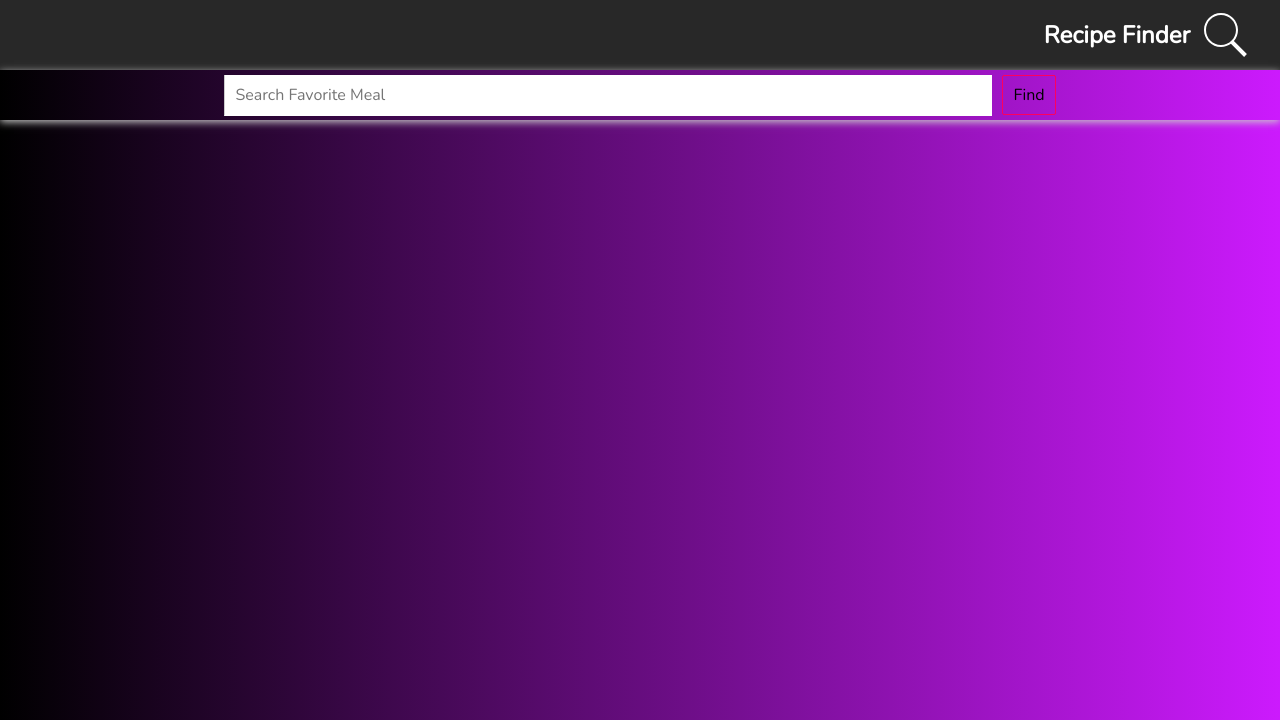
Repository: burntaftermint/recipes
Page: index.html
These files come from the project's save history. The page is drawn as it stood at one moment and after a run of saves; the edit follows.
The browser window is 1280 px wide. The pictures show the whole page.
The page's requests for data from a server got no answer.

Above is the page before, as saved 2023-11-07 03:34:43.

After the next 2 saves:
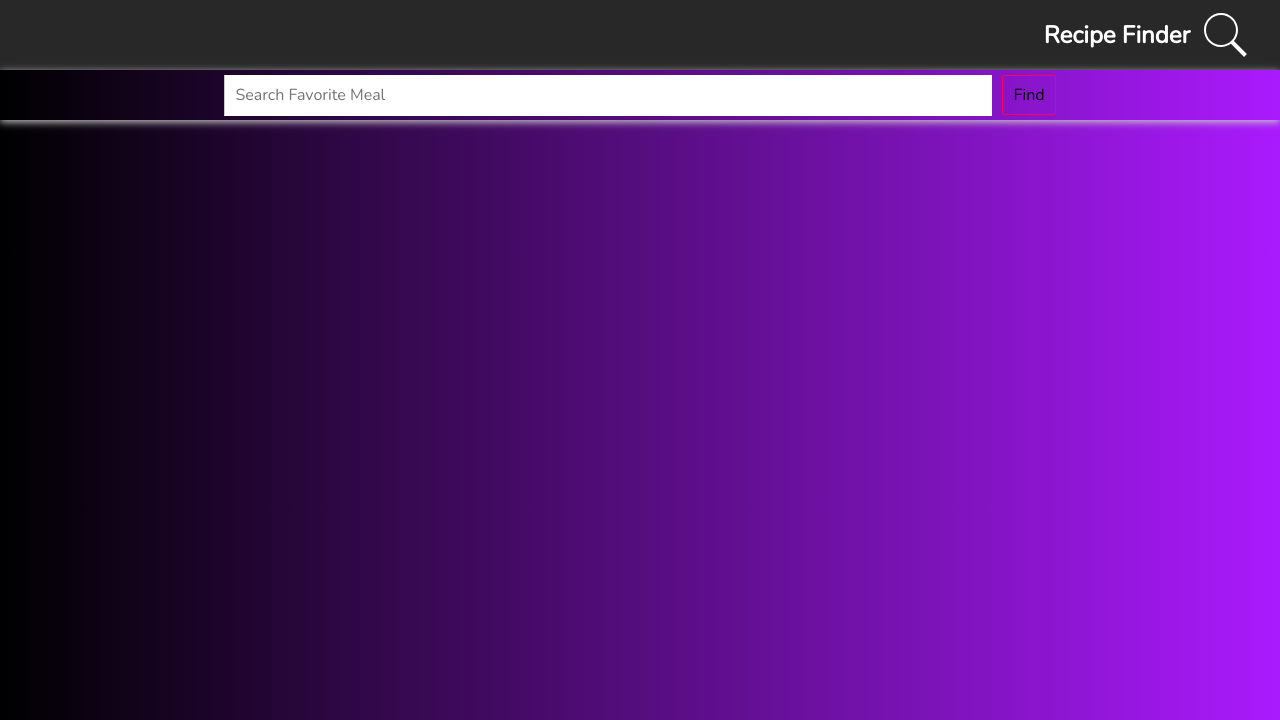
The 2 saves are shown as one change because they came seconds apart.
The last was saved 19 s later.
--- a/style.css
+++ b/style.css
@@ -16,7 +16,7 @@
 body {
     height: 100vh;
     width: 100vw;
-    background: linear-gradient(to right, #000000, #cc1afd);
+    background: linear-gradient(to right, #000000, #aa1afd);
     overflow: hidden;
 }
 
